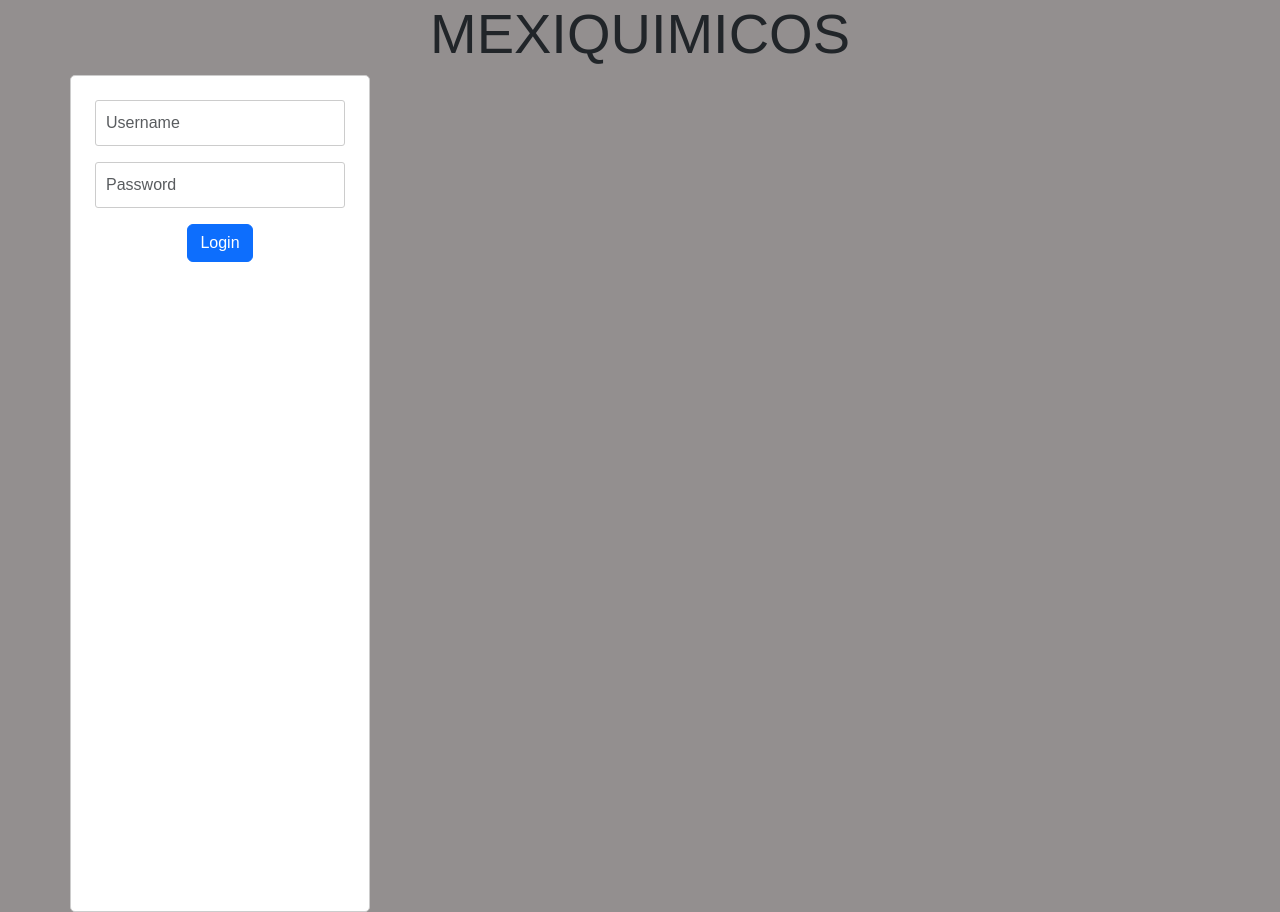
Repository: iDiv3r/MexiQuimicosIsay
Page: Index.html
An editor plug-in stored every save of this project. The page is shown before and after the next save, followed by the edit.
The browser window is 1280 px wide. The pictures show the whole page.

Above is the page before, as saved 2023-11-25 00:05:37.

After the next save:
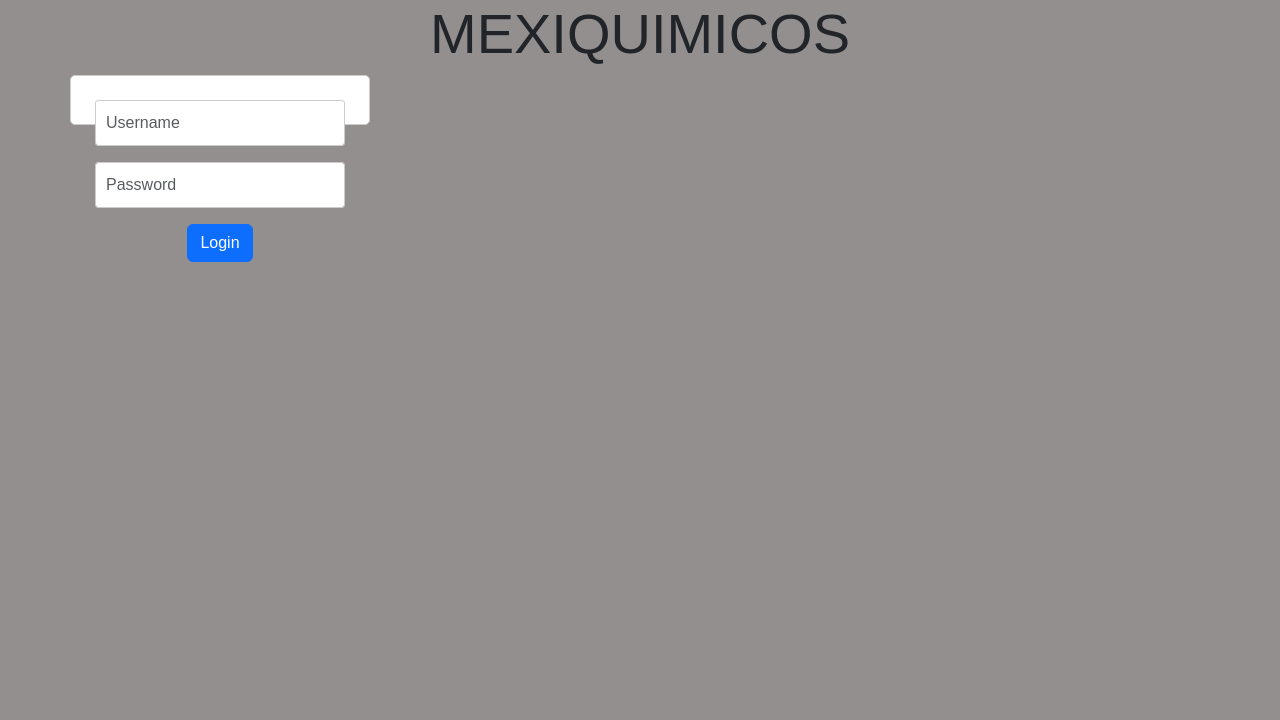
Saved 9 s later.
--- a/Index.html
+++ b/Index.html
@@ -53,7 +53,7 @@
 
   <div class="container text-center ">
     <div class="row justify-content-md-center">
-      <div class="col-md-auto fixed ratio ratio-4x3">
+      <div class="col-md-auto fixed ratio ratio-fixed">
   <form class="p-4">
     <div class="mb-3">
       <input type="text" class="form-control" placeholder="Username" required>
